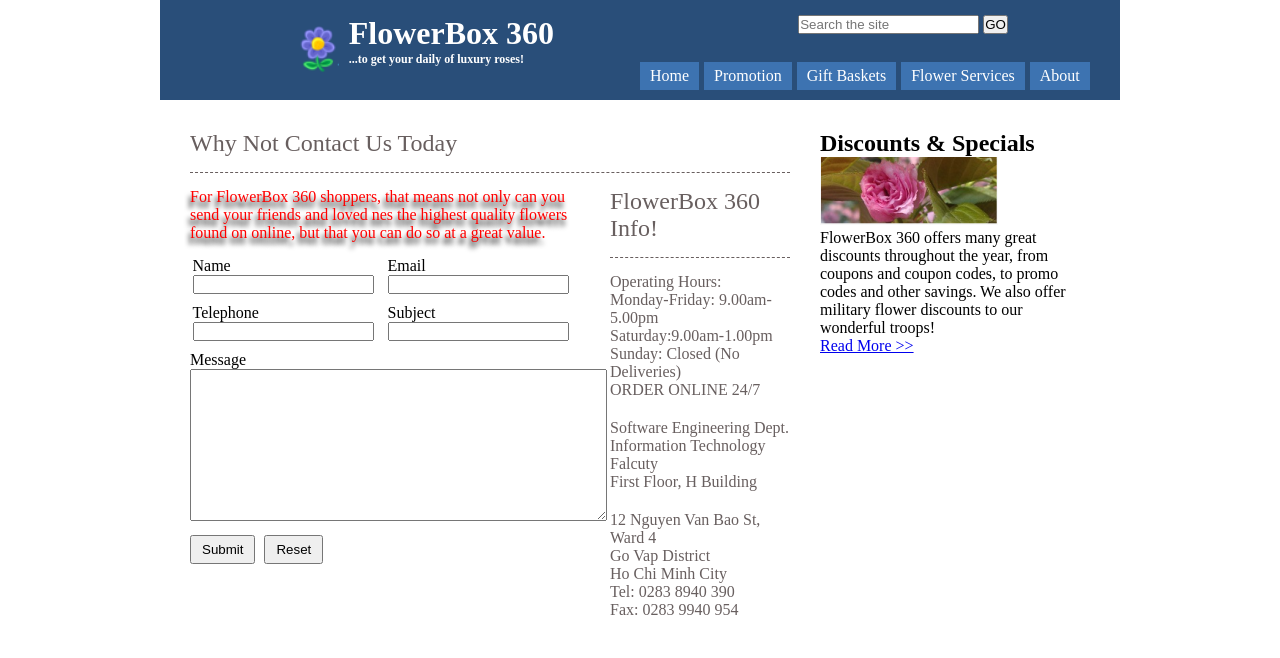
Repository: hoangnguyen1903/STT_21084321_NguyenHuyHoang_DHKHMT17B_Tuan4_DeThamKhao3
Page: html/demo.html
An editor plug-in stored every save of this project. The page is shown before and after the next save, followed by the edit.
The browser window is 1280 px wide. The pictures show the whole page.

Above is the page before, as saved 2023-03-09 15:07:06.

After the next save:
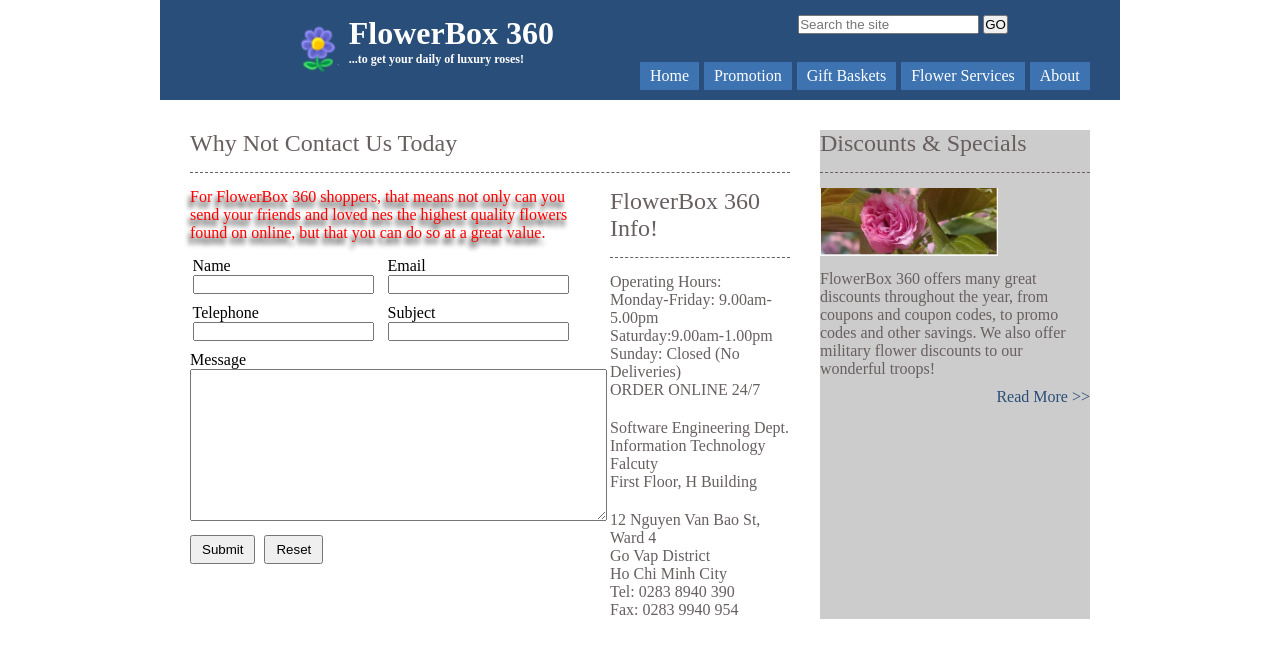
Saved 3 min 19 s later.
--- a/html/demo.html
+++ b/html/demo.html
@@ -189,6 +189,26 @@
 
       .content > .content__right {
         width: 30%;
+        background-color: #ccc;
+      }
+
+      .content > .content__right > .content__right-top {
+        color: #685f5f;
+        font-weight: 500;
+        padding-bottom: 15px;
+        border-bottom: 1px dashed #685f5f;
+        margin-bottom: 15px;
+      }
+
+      .content > .content__right > .content__right-bottom > p {
+        color: #685f5f;
+        margin: 10px 0;
+      }
+
+      .content > .content__right > .content__right-bottom > a {
+        text-decoration: none;
+        color: #294e79;
+        float: right;
       }
     </style>
   </head>
